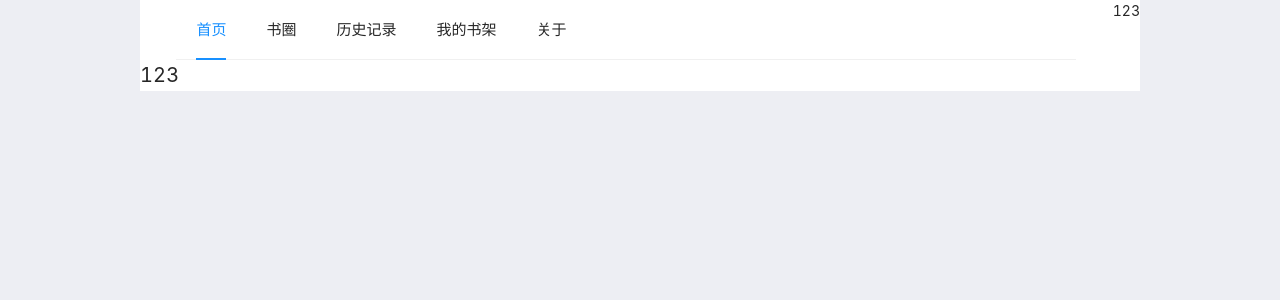
Repository: Fengjing95/book-react
Page: /
These files come from the project's save history. The page is drawn as it stood at one moment and after the next save; the edit follows.
The browser window is 1280 px wide. The pictures show the whole page.
The project was rebuilt for these pictures with package versions that can differ from the ones it lists, and the page was loaded fresh each time.

Above is the page before, as saved 2021-02-19 11:43:28.

After the next save:
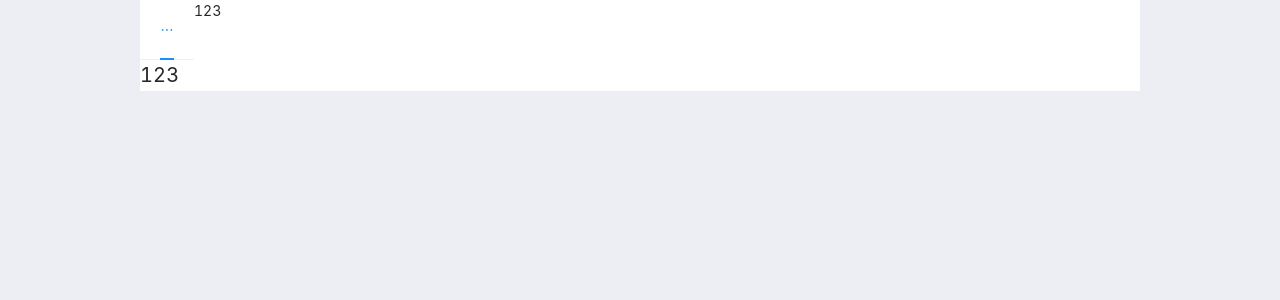
Saved 12 s later.
--- a/src/components/MyMenu/MyMenu.jsx
+++ b/src/components/MyMenu/MyMenu.jsx
@@ -31,7 +31,7 @@
         <Menu
           selectedKeys={[this.state.current]}
           mode="horizontal" onClick={this.menuHandler}
-          style={{ lineHeight: '60px', fontSize: '15px', width: '900px', margin: '0 auto' }}>
+          style={{ lineHeight: '60px', fontSize: '15px'}}>
           {
             this.state.menu.map((item) => {
               return <Menu.Item key={item.key}>
